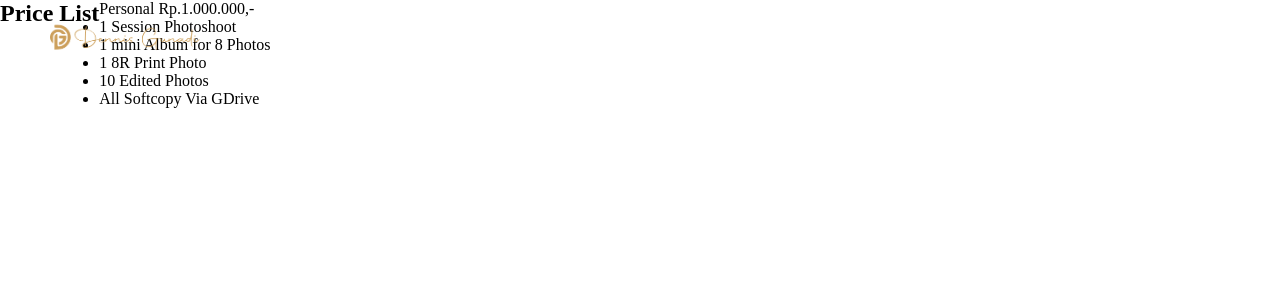
Repository: Diegoms0595/Diego-Final-project2
Page: pricelist.html
An editor plug-in stored every save of this project. The page is shown before and after the next save, followed by the edit.
The browser window is 1280 px wide. The pictures show the whole page.

Above is the page before, as saved 2025-05-28 14:38:26.

After the next save:
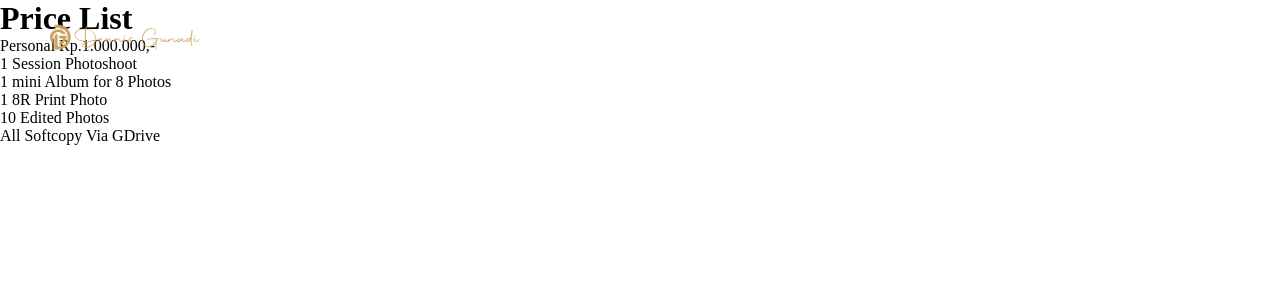
Saved 40 s later.
--- a/pricelist.html
+++ b/pricelist.html
@@ -23,8 +23,8 @@
       </ul>
     </nav>
   </header>
+    <h1>Price List</h1>
 <section class="hero">
-    <h1>Price List</h1>
     <div class="container1">
         <p>Personal
             Rp.1.000.000,-

After the save that followed:
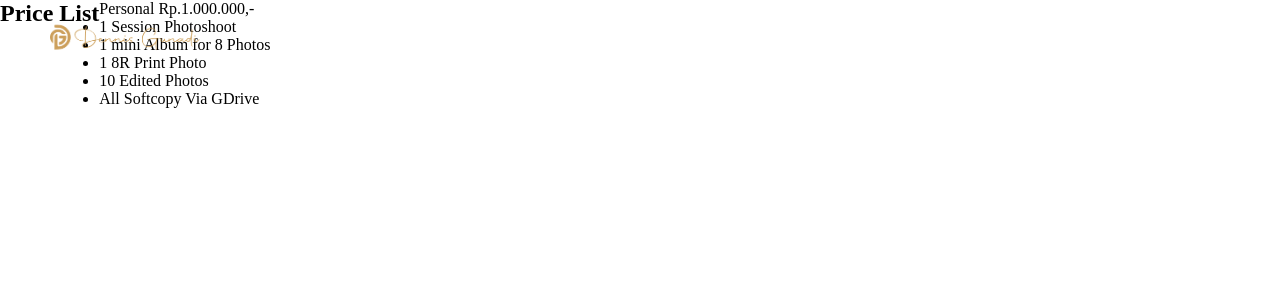
Saved 56 s later.
--- a/pricelist.html
+++ b/pricelist.html
@@ -23,8 +23,8 @@
       </ul>
     </nav>
   </header>
-    <h1>Price List</h1>
 <section class="hero">
+     <h1>Price List</h1>
     <div class="container1">
         <p>Personal
             Rp.1.000.000,-
